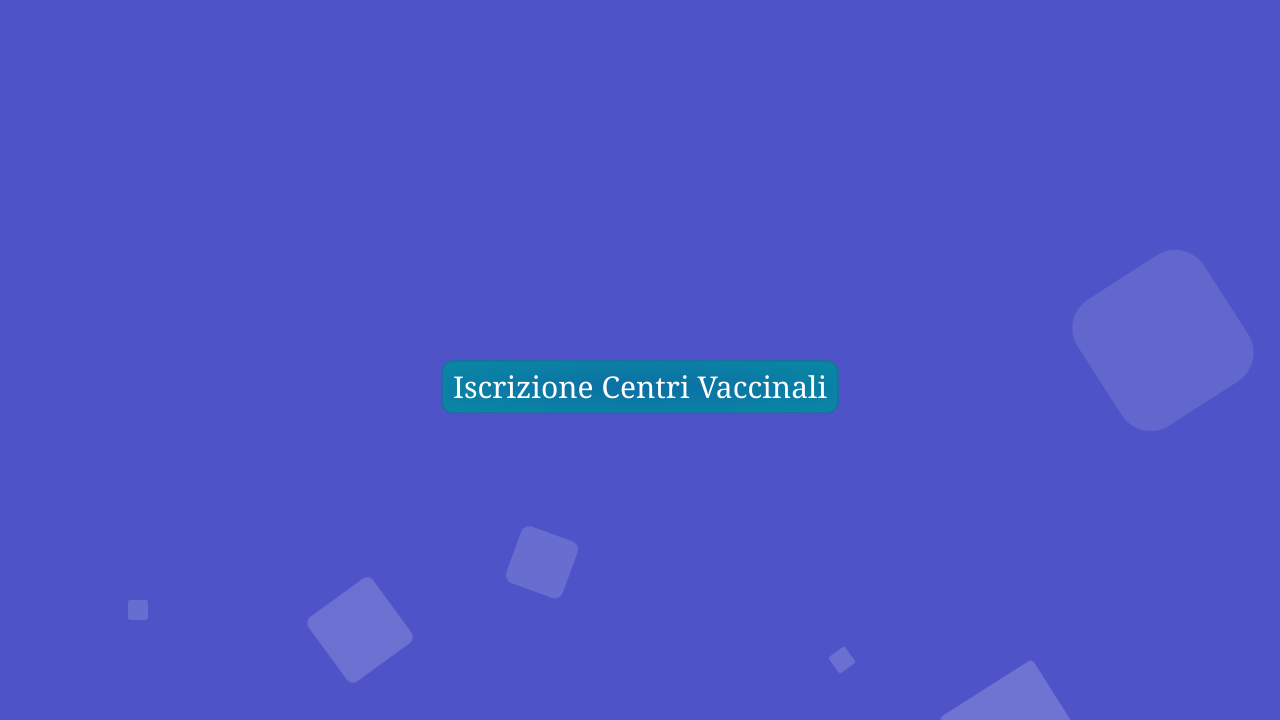
Repository: Jok98/CentriVaccinaliWebApp
Page: http://localhost/CentriVaccinaliOperatori/
These files come from the project's save history. The page is drawn as it stood at one moment and after the next save; the edit follows.
The browser window is 1280 px wide. The pictures show the whole page.
Some web fonts or font styles are not loaded; a fallback is used. The page is served by Tomcat 9.

Above is the page before, as saved 2022-09-24 14:03:24.

After the next save:
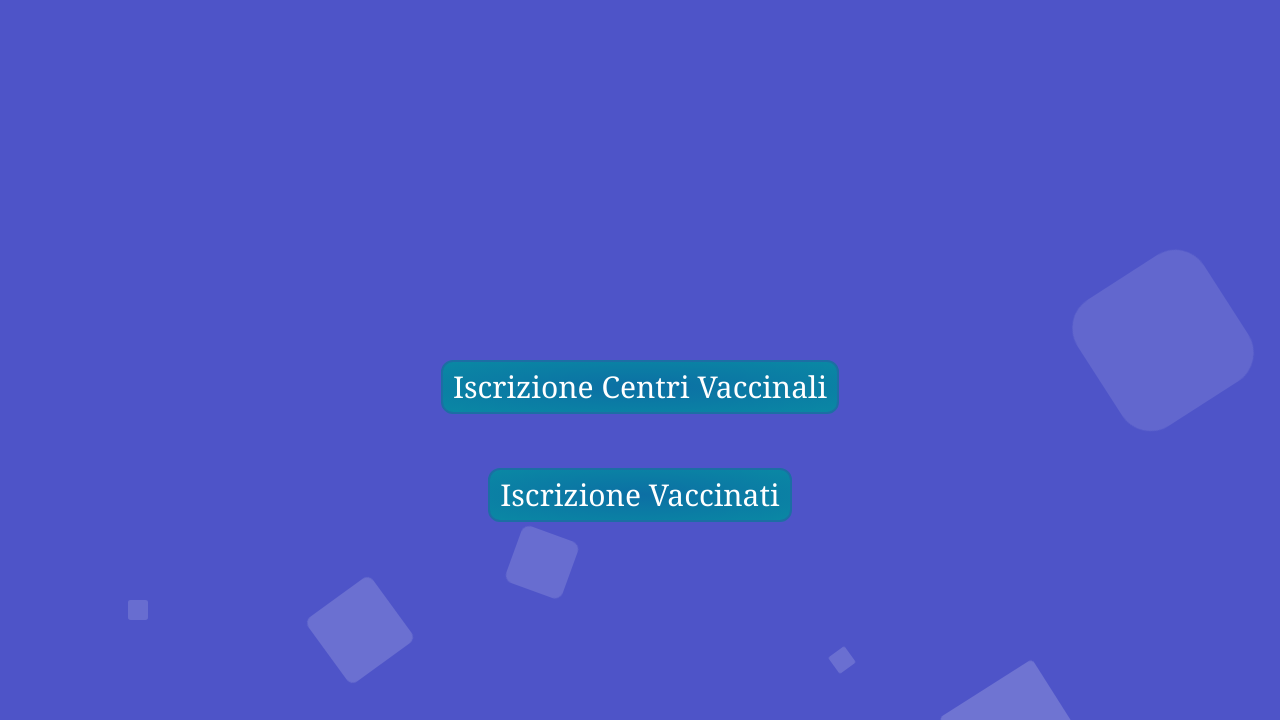
Saved 47 s later.
--- a/CentriVaccinaliOperatori/src/main/webapp/index.jsp
+++ b/CentriVaccinaliOperatori/src/main/webapp/index.jsp
@@ -11,11 +11,18 @@
 <body>
 	<div class="context" align=center>
 		<form action="http://programminghead.com">
-			<input class="button"  type="submit"
+			<input class="button" type="submit"
 				value="Iscrizione Centri Vaccinali">
 		</form>
 		<br> <br> <br>
-
+			<div>
+	<button id="myButton" class="button" type="submit">Iscrizione Vaccinati</button>
+	<script type="text/javascript">
+			document.getElementById("myButton").onclick = function() {
+				location.href = "iscrizionecentrovax.jsp";
+			};
+		</script>
+</div>
 	</div>
 
 	<div class="area">
